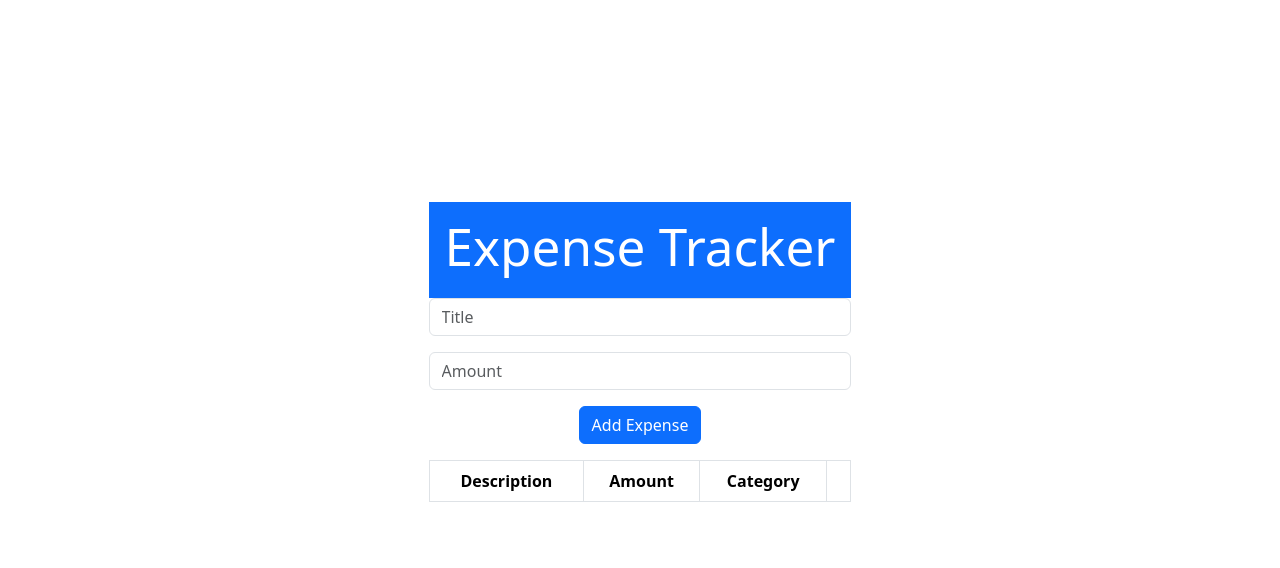
Repository: JuniorDevChris/ExpenseTracker
Page: / (app in frontend/)
An editor plug-in stored every save of this project. The page is shown before and after the next save, followed by the edit.
The browser window is 1280 px wide. The pictures show the whole page.
The project was rebuilt for these pictures with package versions that can differ from the ones it lists, and the page was loaded fresh each time. Also part of the build but not shown: frontend/vite.config.js.

Above is the page before, as saved 2024-07-07 17:03:15.

After the next save:
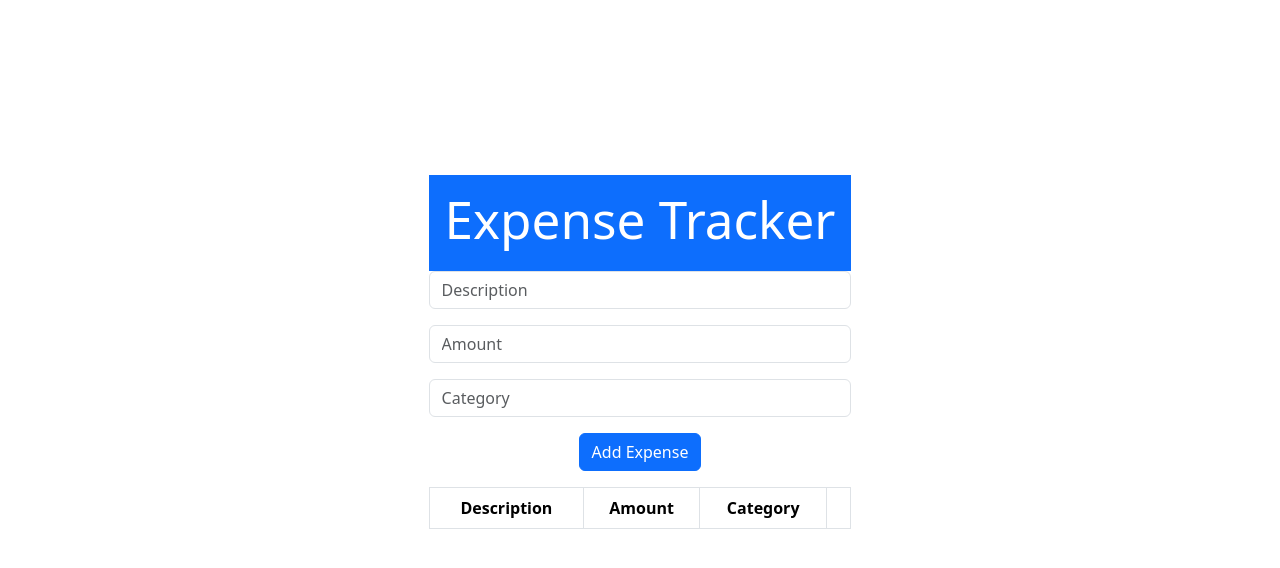
Saved 51 s later.
--- a/frontend/src/components/ExpenseForm.jsx
+++ b/frontend/src/components/ExpenseForm.jsx
@@ -1,14 +1,16 @@
 import React, { useState } from 'react';
 
 const ExpenseForm = ({ addExpense }) => {
-  const [title, setTitle] = useState('');
+  const [description, setDescription] = useState('');
   const [amount, setAmount] = useState('');
+  const [category, setCategory] = useState('');
 
   const handleSubmit = (e) => {
     e.preventDefault();
-    addExpense({ title, amount });
-    setTitle('');
+    addExpense({ description, amount, category });
+    setDescription('');
     setAmount('');
+    setCategory('');
   };
 
   return (
@@ -17,9 +19,9 @@ const ExpenseForm = ({ addExpense }) => {
         <input
           type="text"
           className="form-control"
-          placeholder="Title"
-          value={title}
-          onChange={(e) => setTitle(e.target.value)}
+          placeholder="Description"
+          value={description}
+          onChange={(e) => setDescription(e.target.value)}
           required
         />
       </div>
@@ -33,6 +35,16 @@ const ExpenseForm = ({ addExpense }) => {
           required
         />
       </div>
+      <div className="mb-3">
+        <input
+          type="text"
+          className="form-control"
+          placeholder="Category"
+          value={category}
+          onChange={(e) => setCategory(e.target.value)}
+          required
+        />
+      </div>
       <button type="submit" className="btn btn-primary">Add Expense</button>
     </form>
   );
